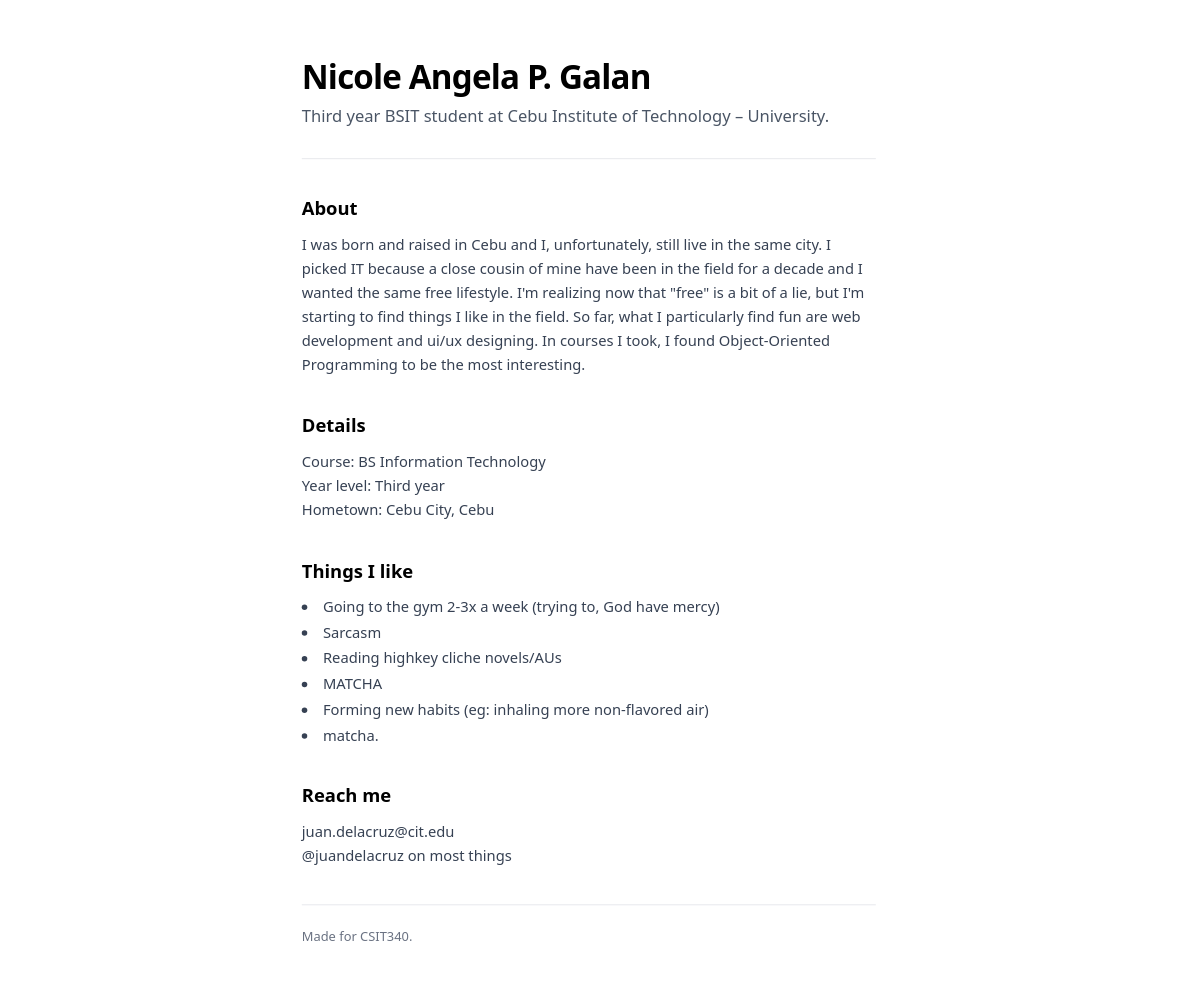
Repository: nicole-galan/CSIT340-Lab1-Galan
Page: /
An editor plug-in stored every save of this project. The page is shown before and after the next save, followed by the edit.
The browser window is 1280 px wide. The pictures show the whole page, at 92% of full size.
The project was rebuilt for these pictures with package versions that can differ from the ones it lists, and the page was loaded fresh each time. Also part of the build but not shown: vite.config.js.

Above is the page before, as saved 2026-09-04 16:53:44.

After the next save:
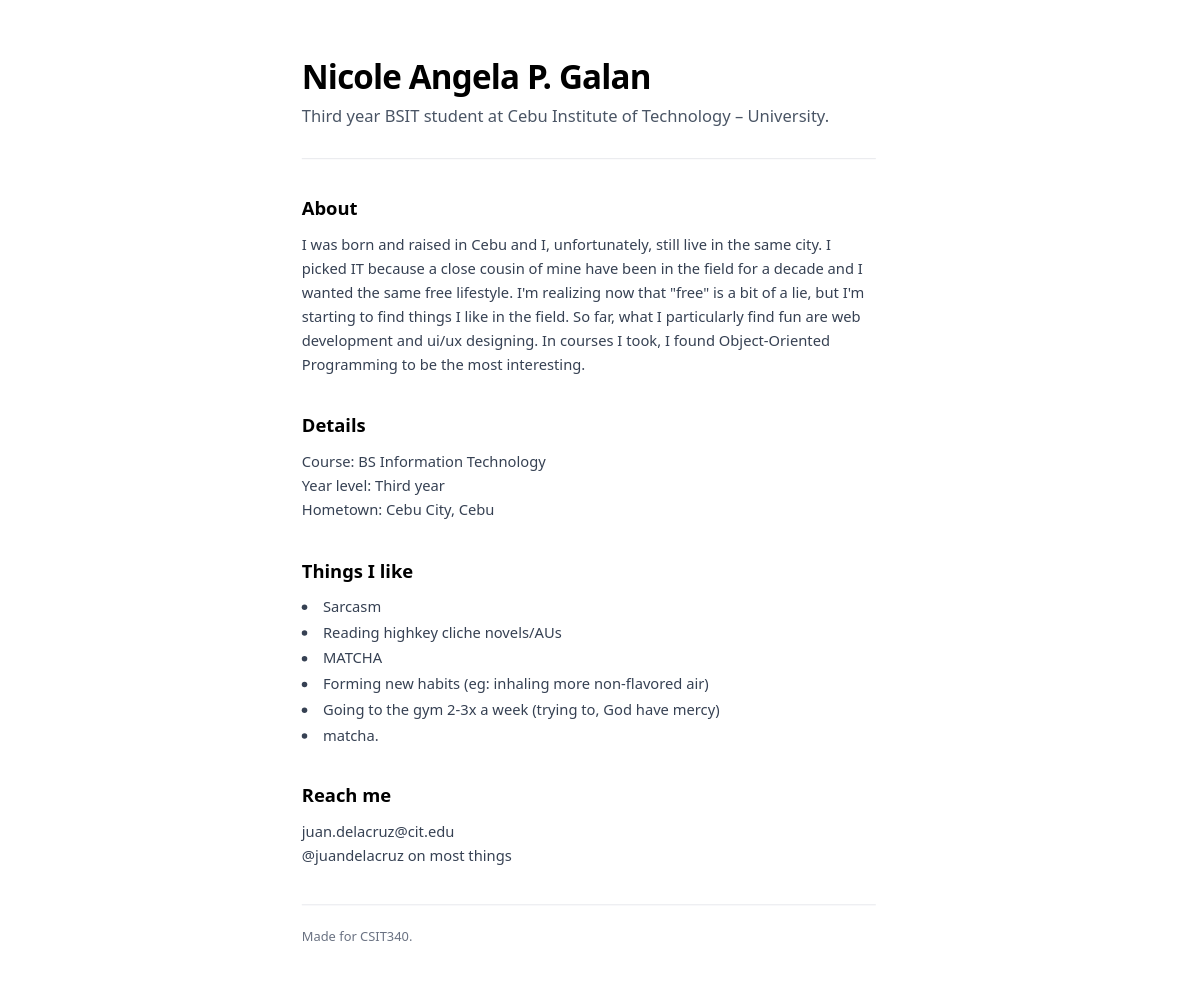
Saved 15 s later.
--- a/src/App.jsx
+++ b/src/App.jsx
@@ -36,11 +36,11 @@ function App() {
         <section className="mb-10">
           <h2 className="text-xl font-semibold mb-3">Things I like</h2>
           <ul className="list-disc list-inside space-y-1 text-gray-700">
-            <li>Going to the gym 2-3x a week (trying to, God have mercy)</li>
             <li>Sarcasm</li>
             <li>Reading highkey cliche novels/AUs</li>
             <li>MATCHA</li>
             <li>Forming new habits (eg: inhaling more non-flavored air)</li>
+            <li>Going to the gym 2-3x a week (trying to, God have mercy)</li>
             <li>matcha.</li>
           </ul>
         </section>
